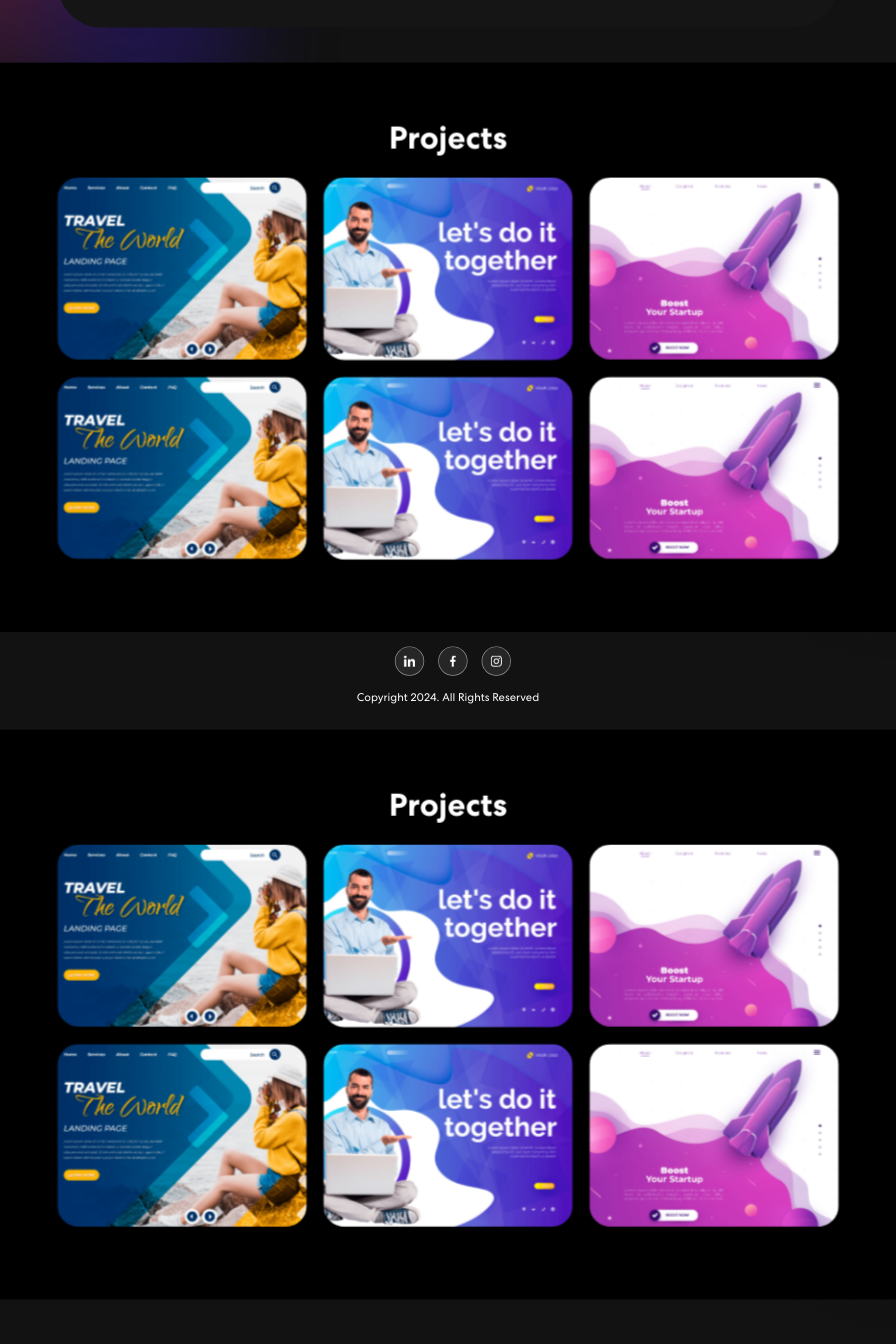
Repository: ChakerChourouk/personal-portfolio
Page: /
The author's editor kept a copy of each file at every save. The page is drawn from the files as they stood at one save, then again after the next save.
The browser window is 1280 px wide. The pictures show the part of the page from y = 1288 to 3208 px (the page is 3208 px tall before and 3145 px after), at 70% of full size.
The project was rebuilt for these pictures with package versions that can differ from the ones it lists, and the page was loaded fresh each time.

Above is the page before, as saved 2024-09-15 20:52:49.

After the next save:
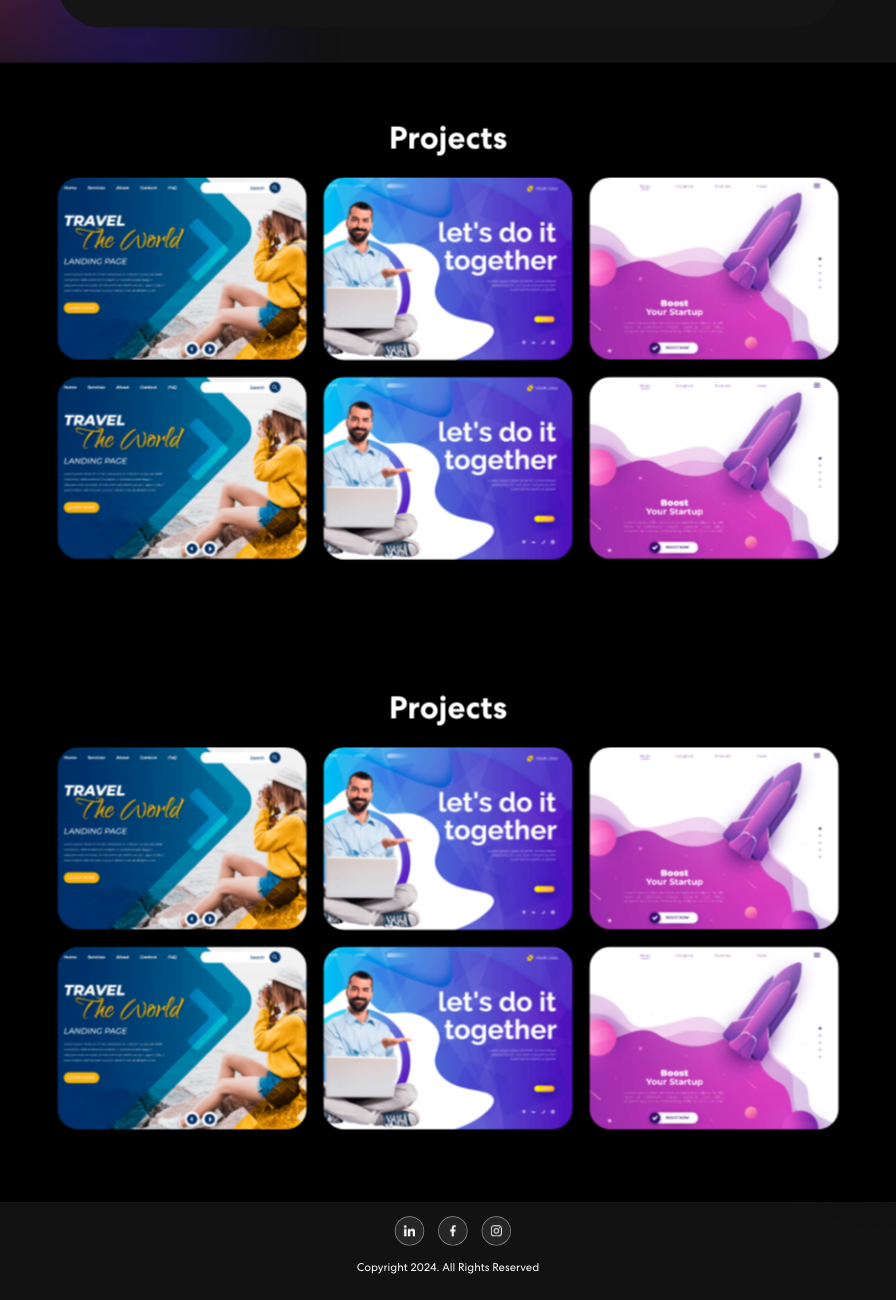
Saved 25 s later.
--- a/src/App.js
+++ b/src/App.js
@@ -15,8 +15,8 @@ function App() {
       <Banner />
       <Skills />
       <Projects />
+      <Certifications/>
       <Footer />
-      <Certifications/>
     </div>
   );
 }
